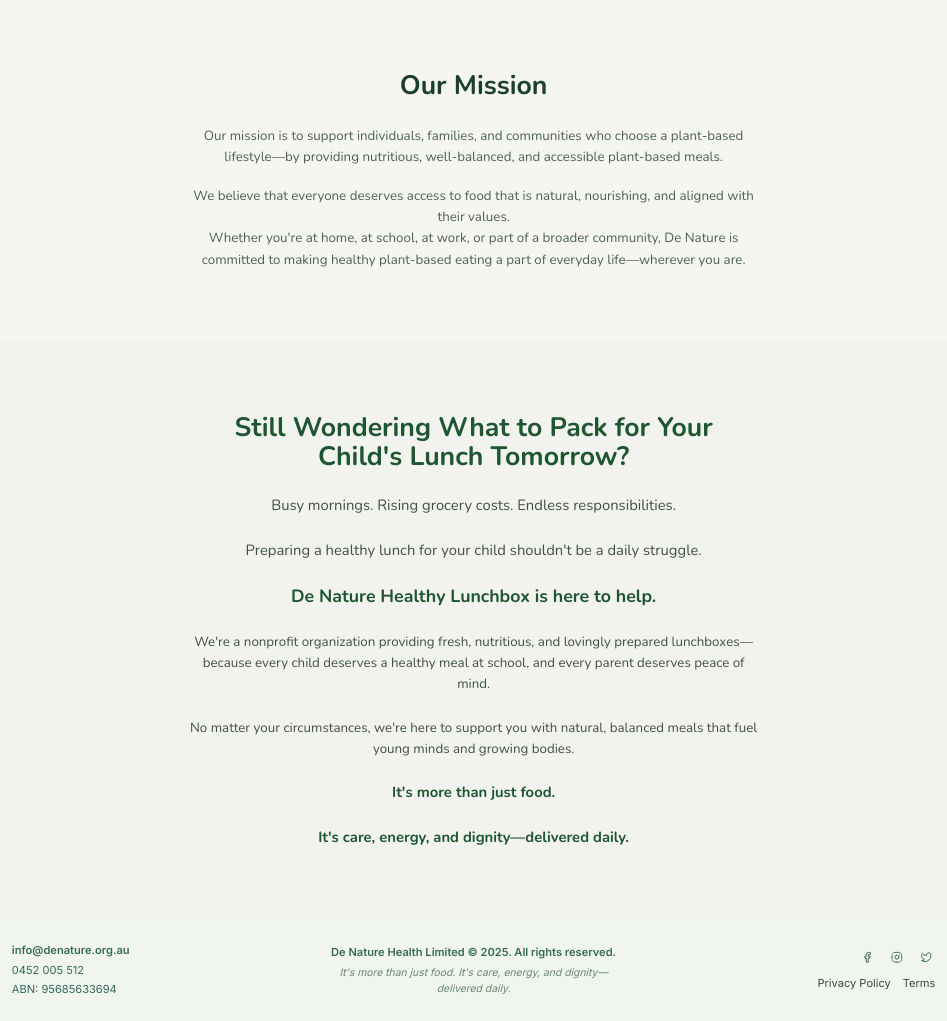
Repository: sunnyyan01/denature-website
Page: /
An editor plug-in stored every save of this project. The page is shown before and after the next save, followed by the edit.
The browser window is 1280 px wide. The pictures show the part of the page from y = 760 to 2436 px (the page is 2140 px tall before and 2436 px after), at 74% of full size.
The project was rebuilt for these pictures with package versions that can differ from the ones it lists, and the page was loaded fresh each time. The framework's server and built-in components were replaced by stand-ins that run in the browser. Also part of the build but not shown: next.config.js.

Above is the page before, as saved 2025-05-16 13:56:18.

### src/app/layout.tsx
import type { Metadata } from "next";
import { Inter, Poppins } from "next/font/google";
import "./globals.css";
import Navbar from "@/components/Navbar";
import Footer from "@/components/Footer";
import { Phone, Mail } from "lucide-react";
import { FiFacebook, FiInstagram, FiTwitter } from 'react-icons/fi';

const inter = Inter({
  subsets: ["latin"],
  variable: '--font-inter',
});

const poppins = Poppins({
  weight: ['400', '500', '600', '700'],
  subsets: ['latin'],
  variable: '--font-poppins',
});

export const metadata: Metadata = {
  title: "DE NATURE - Sydney Lunch Program",
  description: "Providing nutritious meals to children in need across Sydney",
  verification: {
    google: "OqLlSQNFE1spUS93SXK13pK8N_CO4S7m2l7H1rPvJmY",
  },
  icons: {
    icon: '/favicon.ico',
    shortcut: '/favicon.ico',
  },
};

export default function RootLayout({
  children,
}: {
  children: React.ReactNode;
}) {
  return (
    <html lang="en">
      <body className={`${inter.variable} ${poppins.variable} font-sans bg-background text-text`}>
        {/* 顶部社交信息栏 */}
        <div
          className="fixed top-0 left-0 right-0 z-50"
          style={{
            background: '#F5F3ED',
            height: '56px',
            borderBottom: '1px solid #E0E0E0',
            fontFamily: "'Inter', 'Lato', sans-serif",
          }}
        >
          <div className="container flex items-center justify-between h-full px-4">
            {/* 联系方式 */}
            <div className="flex items-center space-x-6 text-[#2E5E4E] text-sm">
              <a href="tel:0452005512" className="hover:underline">0452 005 512</a>
              <span className="hidden sm:inline">|</span>
              <a href="mailto:info@denature.org.au" className="hover:underline">info@denature.org.au</a>
            </div>
            {/* 社交图标 */}
            <div className="flex items-center space-x-4">
              <a href="#" className="text-[#2E5E4E] hover:text-[#4A7C59]">
                <FiFacebook className="w-5 h-5" />
              </a>
              <a href="#" className="text-[#2E5E4E] hover:text-[#4A7C59]">
                <FiInstagram className="w-5 h-5" />
              </a>
              <a href="#" className="text-[#2E5E4E] hover:text-[#4A7C59]">
                <FiTwitter className="w-5 h-5" />
              </a>
            </div>
          </div>
        </div>

        {/* Navigation and Content */}
        <div className="relative">
          <Navbar />
          <main>
            {children}
          </main>
        </div>

        <Footer />
      </body>
    </html>
  );
}

### src/app/page.tsx
'use client';

import Link from "next/link";
import Image from "next/image";
import { Leaf, Scale, Recycle, Sprout } from "lucide-react";
import PrimaryButton from "../components/PrimaryButton";

const coreValues = [
  {
    title: 'Pure Ingredients',
    description: 'Premium natural ingredients, no additives',
    icon: '🌱',
  },
  {
    title: 'Balanced Nutrition',
    description: 'Scientifically balanced meals',
    icon: '🥗',
  },
  {
    title: 'Eco-Conscious',
    description: 'Sustainable practices, Earth-friendly',
    icon: '🌍',
  },
  {
    title: 'Growth Focus',
    description: 'Supporting healthy development',
    icon: '🌱',
  },
];

export default function Home() {
  return (
    <main>
      {/* Hero Section */}
      <section className="relative h-[100vh] w-full">
        <div className="absolute inset-0 bg-[url('/images/hero-bg.jpg')] bg-cover bg-center">
        </div>
        <div className="relative container mx-auto px-4 h-screen flex items-start pt-32">
          <div className="max-w-6xl mx-auto w-full pt-8 flex flex-col items-center">
            {/* Hero 按钮组整体下移，紧贴黑色文字下方，居中显示 */}
          </div>
        </div>
      </section>

      {/* Mission Section */}
      <section className="py-24" style={{ background: '#F6F6F1' }}>
        <div className="max-w-4xl mx-auto px-4 sm:px-6 lg:px-8">
          <div className="max-w-3xl mx-auto text-center">
            <h2 className="text-3xl md:text-4xl font-bold mb-8 font-heading" style={{ color: '#1B3F2F' }}>Our Mission</h2>
            <div className="space-y-6 text-lg leading-relaxed" style={{ color: '#4B6155' }}>
              <p>
                Our mission is to support individuals, families, and communities who choose a plant-based lifestyle—by providing nutritious, well-balanced, and accessible plant-based meals.
              </p>
              <p>
                We believe that everyone deserves access to food that is natural, nourishing, and aligned with their values.<br/>
                Whether you're at home, at school, at work, or part of a broader community, De Nature is committed to making healthy plant-based eating a part of everyday life—wherever you are.
              </p>
            </div>
          </div>
        </div>
      </section>

      {/* Lunchbox Support Section */}
      <section className="py-24" style={{ background: '#F2F3EE' }}>
        <div className="container mx-auto px-4">
          <div className="max-w-3xl mx-auto">
            <h2 className="text-4xl font-bold mb-8 text-center" style={{ color: '#1E5631', fontWeight: 700 }}>
              Still Wondering What to Pack for Your Child's Lunch Tomorrow?
            </h2>
            <div className="space-y-8" style={{ color: '#3F5142' }}>
              <p className="text-center text-xl">
                Busy mornings. Rising grocery costs. Endless responsibilities.
              </p>
              <p className="text-center text-xl">
                Preparing a healthy lunch for your child shouldn't be a daily struggle.
              </p>
              <p className="text-center text-2xl font-bold" style={{ color: '#1E5631' }}>
                De Nature Healthy Lunchbox is here to help.
              </p>
              <p className="text-center text-lg">
                We're a nonprofit organization providing fresh, nutritious, and lovingly prepared lunchboxes—because every child deserves a healthy meal at school, and every parent deserves peace of mind.
              </p>
              <p className="text-center text-lg">
                No matter your circumstances, we're here to support you with natural, balanced meals that fuel young minds and growing bodies.
              </p>
              <p className="text-center text-xl font-bold" style={{ color: '#1E5631' }}>
                It's more than just food.
              </p>
              <p className="text-center text-xl font-bold" style={{ color: '#1E5631' }}>
                It's care, energy, and dignity—delivered daily.
              </p>
            </div>
          </div>
        </div>
      </section>
    </main>
  );
}

### src/app/globals.css
@import url('https://fonts.googleapis.com/css2?family=Nunito:wght@300;400;500;600;700&display=swap');

@tailwind base;
@tailwind components;
@tailwind utilities;

:root {
  /* 主色调 */
  --color-primary: #4A7C59;      /* 深绿色 */
  --color-primary-light: #6B9B7D; /* 浅绿色 */
  --color-primary-lighter: #E8F3ED; /* 最浅绿色 */

  /* 中性色 */
  --color-neutral-50: #FAFAFA;
  --color-neutral-100: #F5F5F5;
  --color-neutral-200: #EEEEEE;
  --color-neutral-300: #E0E0E0;
  --color-neutral-400: #BDBDBD;
  --color-neutral-500: #9E9E9E;
  --color-neutral-600: #757575;
  --color-neutral-700: #616161;
  --color-neutral-800: #424242;
  --color-neutral-900: #212121;

  /* 强调色 */
  --color-accent: #F5B971;       /* 温暖的米色 */
  --color-accent-light: #F9D5A7; /* 浅米色 */

  /* 功能色 */
  --color-success: #4CAF50;
  --color-warning: #FFC107;
  --color-error: #F44336;

  /* 字体 */
  --font-primary: 'Nunito', sans-serif;

  /* 间距 */
  --spacing-xs: 0.25rem;   /* 4px */
  --spacing-sm: 0.5rem;    /* 8px */
  --spacing-md: 1rem;      /* 16px */
  --spacing-lg: 1.5rem;    /* 24px */
  --spacing-xl: 2rem;      /* 32px */
  --spacing-2xl: 3rem;     /* 48px */
  --spacing-3xl: 4rem;     /* 64px */

  /* 圆角 */
  --radius-sm: 0.25rem;    /* 4px */
  --radius-md: 0.5rem;     /* 8px */
  --radius-lg: 1rem;       /* 16px */
  --radius-full: 9999px;

  /* 阴影 */
  --shadow-sm: 0 1px 2px 0 rgb(0 0 0 / 0.05);
  --shadow-md: 0 4px 6px -1px rgb(0 0 0 / 0.1);
  --shadow-lg: 0 10px 15px -3px rgb(0 0 0 / 0.1);
}

@layer base {
  html {
    font-family: var(--font-primary);
    color: var(--color-neutral-900);
    background-color: var(--color-neutral-50);
  }

  h1, h2, h3, h4, h5, h6 {
    font-weight: 700;
    line-height: 1.2;
  }

  h1 {
    font-size: 2.5rem; /* 40px */
    @screen md {
      font-size: 3.5rem; /* 56px */
    }
  }

  h2 {
    font-size: 2rem; /* 32px */
    @screen md {
      font-size: 2.5rem; /* 40px */
    }
  }

  h3 {
    font-size: 1.5rem; /* 24px */
    @screen md {
      font-size: 2rem; /* 32px */
    }
  }

  p {
    line-height: 1.6;
  }
}

@layer components {
  .container {
    @apply max-w-7xl mx-auto px-4 sm:px-6 lg:px-8;
  }

  .btn {
    @apply inline-flex items-center justify-center px-6 py-3 rounded-lg font-semibold transition-colors duration-200;
  }

  .btn-primary {
    @apply bg-[var(--color-primary)] text-white hover:bg-[var(--color-primary-light)];
  }

  .btn-secondary {
    @apply bg-[var(--color-accent)] text-[var(--color-neutral-900)] hover:bg-[var(--color-accent-light)];
  }

  .btn-outline {
    @apply border-2 border-[var(--color-primary)] text-[var(--color-primary)] hover:bg-[var(--color-primary-lighter)];
  }

  .card {
    @apply bg-white rounded-lg shadow-md overflow-hidden;
  }

  .section {
    @apply py-16 md:py-24;
  }

  .section-title {
    @apply text-3xl md:text-4xl font-bold text-center mb-12;
  }

  .hero {
    @apply relative h-[80vh] md:h-screen flex items-center;
  }

  .hero-content {
    @apply relative z-10 text-center max-w-4xl mx-auto px-4;
  }

  .hero-image {
    @apply absolute inset-0 w-full h-full object-cover;
  }

  .hero-overlay {
    @apply absolute inset-0 bg-black/30;
  }
}

/* 自定义动画 */
@keyframes fadeIn {
  from {
    opacity: 0;
    transform: translateY(10px);
  }
  to {
    opacity: 1;
    transform: translateY(0);
  }
}

.animate-fade-in {
  animation: fadeIn 0.6s ease-out forwards;
}

/* 响应式图片容器 */
.image-container {
  @apply relative aspect-[4/3] md:aspect-[16/9] overflow-hidden rounded-lg;
}

.image-container img {
  @apply absolute inset-0 w-full h-full object-cover transition-transform duration-500;
}

.image-container:hover img {
  @apply scale-105;
}

/* 网格布局 */
.grid-auto-fit {
  @apply grid grid-cols-1 md:grid-cols-2 lg:grid-cols-3 gap-6 md:gap-8;
}

/* 文本样式 */
.text-gradient {
  @apply bg-clip-text text-transparent bg-gradient-to-r from-[var(--color-primary)] to-[var(--color-primary-light)];
}

.text-balance {
  text-wrap: balance;
}

/* 导航样式 */
.nav-link {
  @apply text-[var(--color-neutral-700)] hover:text-[var(--color-primary)] transition-colors duration-200;
}

.nav-link-active {
  @apply text-[var(--color-primary)] font-semibold;
}

/* 页脚样式 */
.footer {
  @apply bg-[var(--color-neutral-900)] text-white py-16;
}

.footer-title {
  @apply text-xl font-semibold mb-4;
}

.footer-link {
  @apply text-[var(--color-neutral-400)] hover:text-white transition-colors duration-200;
}

/* 表单样式 */
.form-input {
  @apply w-full px-4 py-2 rounded-lg border border-[var(--color-neutral-300)] focus:border-[var(--color-primary)] focus:ring-2 focus:ring-[var(--color-primary-lighter)] outline-none transition-colors duration-200;
}

.form-label {
  @apply block text-sm font-medium text-[var(--color-neutral-700)] mb-1;
}

/* 菜单卡片样式 */
.menu-card {
  @apply bg-white rounded-lg shadow-md overflow-hidden transition-transform duration-300 hover:shadow-lg hover:-translate-y-1;
}

.menu-card-image {
  @apply relative aspect-[4/3] w-full;
}

.menu-card-content {
  @apply p-6;
}

.menu-card-title {
  @apply text-xl font-semibold text-[var(--color-neutral-900)] mb-2;
}

.menu-card-description {
  @apply text-[var(--color-neutral-600)] text-sm;
}

/* 特色部分样式 */
.feature-grid {
  @apply grid grid-cols-1 md:grid-cols-2 lg:grid-cols-4 gap-8;
}

.feature-item {
  @apply text-center p-6;
}

.feature-icon {
  @apply w-16 h-16 mx-auto mb-4 text-[var(--color-primary)];
}

.feature-title {
  @apply text-lg font-semibold mb-2;
}

.feature-description {
  @apply text-[var(--color-neutral-600)];
}

### src/components/Footer.tsx
'use client';

import { FiFacebook, FiInstagram, FiTwitter } from 'react-icons/fi';

export default function Footer() {
  const currentYear = new Date().getFullYear();

  return (
    <footer className="w-full" style={{ background: '#f1f5f0', color: '#356A59', fontFamily: "'Inter', 'Lato', sans-serif" }}>
      <div className="container mx-auto px-4 py-8">
        <div className="grid grid-cols-1 md:grid-cols-3 gap-8 items-center">
          {/* 左侧：联系信息 */}
          <div className="flex flex-col items-center md:items-start text-[15px] gap-1">
            <span className="font-semibold">info@denature.org.au</span>
            <span>0452 005 512</span>
            <span>ABN: 95685633694</span>
          </div>
          {/* 中间：版权+口号 */}
          <div className="flex flex-col items-center text-center text-[15px] gap-1">
            <span className="font-semibold">De Nature Health Limited © {currentYear}. All rights reserved.</span>
            <span style={{ fontStyle: 'italic', fontSize: '14px', color: '#68886b' }}>
              It's more than just food. It's care, energy, and dignity—delivered daily.
            </span>
          </div>
          {/* 右侧：社交图标+链接 */}
          <div className="flex flex-col items-center md:items-end gap-2">
            <div className="flex space-x-4 mb-1">
              <a href="https://www.facebook.com/profile.php?id=61575015428081" className="group text-[#356A59] transition-transform duration-200 hover:scale-110" target="_blank" rel="noopener noreferrer">
                <FiFacebook className="w-6 h-6 group-hover:bg-[#356A59] group-hover:text-white rounded-full p-1 transition-colors duration-200" />
              </a>
              <a href="#" className="group text-[#356A59] transition-transform duration-200 hover:scale-110">
                <FiInstagram className="w-6 h-6 group-hover:bg-[#356A59] group-hover:text-white rounded-full p-1 transition-colors duration-200" />
              </a>
              <a href="#" className="group text-[#356A59] transition-transform duration-200 hover:scale-110">
                <FiTwitter className="w-6 h-6 group-hover:bg-[#356A59] group-hover:text-white rounded-full p-1 transition-colors duration-200" />
              </a>
            </div>
            <div className="flex space-x-4 text-[15px]">
              <a href="#" className="hover:underline text-[#444]">Privacy Policy</a>
              <a href="#" className="hover:underline text-[#444]">Terms</a>
            </div>
          </div>
        </div>
      </div>
    </footer>
  );
}

Loaded but not shown: tailwind.config.js (104 lines, source omitted); src/components/Navbar.tsx (237 lines, source omitted)

After the next save:
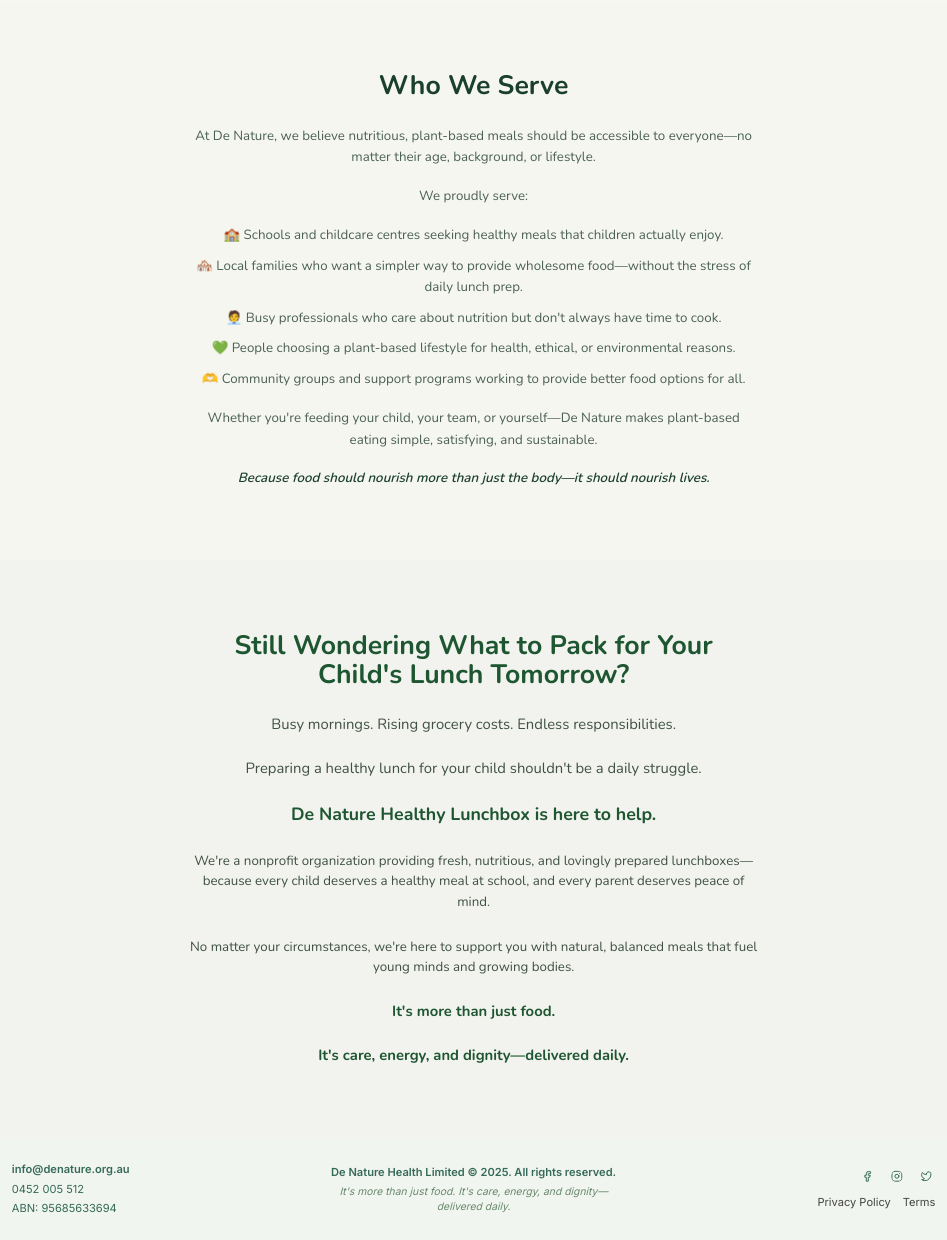
Saved 4 min 30 s later.
--- a/src/app/page.tsx
+++ b/src/app/page.tsx
@@ -46,14 +46,26 @@
       <section className="py-24" style={{ background: '#F6F6F1' }}>
         <div className="max-w-4xl mx-auto px-4 sm:px-6 lg:px-8">
           <div className="max-w-3xl mx-auto text-center">
-            <h2 className="text-3xl md:text-4xl font-bold mb-8 font-heading" style={{ color: '#1B3F2F' }}>Our Mission</h2>
+            <h2 className="text-3xl md:text-4xl font-bold mb-8 font-heading" style={{ color: '#1B3F2F' }}>Who We Serve</h2>
             <div className="space-y-6 text-lg leading-relaxed" style={{ color: '#4B6155' }}>
               <p>
-                Our mission is to support individuals, families, and communities who choose a plant-based lifestyle—by providing nutritious, well-balanced, and accessible plant-based meals.
+                At De Nature, we believe nutritious, plant-based meals should be accessible to everyone—no matter their age, background, or lifestyle.
               </p>
+              <p className="text-left md:text-center">
+                We proudly serve:
+              </p>
+              <ul className="space-y-3 text-left md:text-center">
+                <li>🏫 Schools and childcare centres seeking healthy meals that children actually enjoy.</li>
+                <li>🏘️ Local families who want a simpler way to provide wholesome food—without the stress of daily lunch prep.</li>
+                <li>🧑‍💼 Busy professionals who care about nutrition but don't always have time to cook.</li>
+                <li>💚 People choosing a plant-based lifestyle for health, ethical, or environmental reasons.</li>
+                <li>🫶 Community groups and support programs working to provide better food options for all.</li>
+              </ul>
               <p>
-                We believe that everyone deserves access to food that is natural, nourishing, and aligned with their values.<br/>
-                Whether you're at home, at school, at work, or part of a broader community, De Nature is committed to making healthy plant-based eating a part of everyday life—wherever you are.
+                Whether you're feeding your child, your team, or yourself—De Nature makes plant-based eating simple, satisfying, and sustainable.
+              </p>
+              <p className="font-semibold italic" style={{ color: '#1B3F2F' }}>
+                Because food should nourish more than just the body—it should nourish lives.
               </p>
             </div>
           </div>
